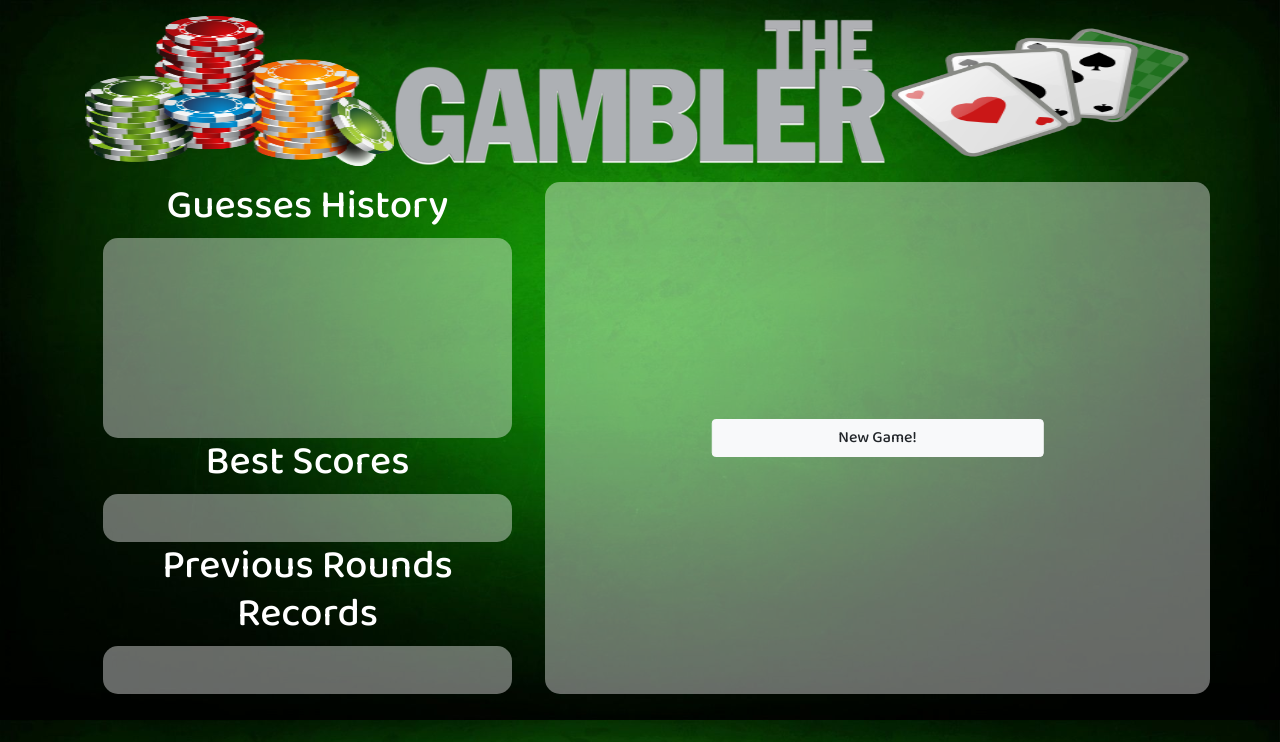
Repository: tts2610/NumberGuessingGame
Page: index.html
These files come from the project's save history. The page is drawn as it stood at one moment and after the next save; the edit follows.
The browser window is 1280 px wide. The pictures show the whole page.
Backgrounds fixed to the window are drawn as part of the page.

Above is the page before, as saved 2020-05-14 01:48:09.

### index.html
<!DOCTYPE html>
<html lang="en">

<head>
    <meta charset="UTF-8">
    <meta name="viewport" content="width=device-width, initial-scale=1.0">
    <title>Document</title>
    <link rel="stylesheet" href="https://maxcdn.bootstrapcdn.com/bootstrap/4.4.1/css/bootstrap.min.css">

    <!-- jQuery library -->
    <script src="https://ajax.googleapis.com/ajax/libs/jquery/3.4.1/jquery.min.js"></script>

    <!-- Popper JS -->
    <script src="https://cdnjs.cloudflare.com/ajax/libs/popper.js/1.16.0/umd/popper.min.js"></script>

    <!-- Latest compiled JavaScript -->
    <script src="https://maxcdn.bootstrapcdn.com/bootstrap/4.4.1/js/bootstrap.min.js"></script>

    <link href="https://fonts.googleapis.com/css2?family=Baloo+2:wght@500&display=swap" rel="stylesheet">

    <link rel="stylesheet" href="css/style.css">

</head>

<body>
    <div aria-live="polite" aria-atomic="true" style="position: relative;">
        <div style="position: absolute; top: 20px; right: 20px;" id="toast-container">
        </div>
    </div>
    <section class="container pb-5 pt-3 numberGuessingBox">
        <div class="img-container">
            <img class="center mb-3" src="img/chips.png" width="auto" height="150">
            <img class="center mb-3" src="img/gambler.png" width="auto" height="150">
            <img class="center mb-3" src="img/cards.png" width="auto" height="150">
        </div>

        <div class="row">
            <div class="col-5 left_handSide px-5">
                <h1 style="text-align: center;">Guesses History</h1>
                <div class="row box-1 py-4 px-4" id="guessHistory">

                </div>
                <h1 style="text-align: center;">Best Scores</h1>
                <div class="row box-2 py-4 px-4" id="ranking">

                </div>
                <h1 style="text-align: center;">Previous Rounds Records</h1>
                <div class="row box-2 py-4 px-4" id="previousRound">

                </div>
            </div>
            <div class="col-7 right_handSide px-5">
                <button onclick="startGame()" class="btn btn-light" id="startGameBtn">New Game!</button>

                <div id="inputDiv">
                    <div class="form customForm py-5">
                        <input type="number" class="form-control" id="guessInput" placeholder="Enter your guess here:" autofocus="autofocus" required>
                        <div class="submitBtn">
                            <button type="button" class="btn btn-primary mt-4" onclick="guessSubmit()" id="guessBtn">Guess</button>
                            <button type="button" class="btn btn-danger mt-4" onclick="reset()" id=resetBtn>Reset</button>
                        </div>
                    </div>

                    <div class="result my-3">
                        <div>Guess Remaining:
                            <span id="guessRemaining"></span>
                        </div>
                        <div>Time Remaining:
                            <div id="secondRemaining">s</div>
                        </div>
                    </div>
                </div>


            </div>
        </div>
    </section>

    <script src="js/script.js"></script>
</body>

</html>

### css/style.css
body {
    font-family: 'Baloo 2', cursive;
    background: url(../img/bg.jpg) no-repeat center center fixed;
    background-size: 100% 100%;
    height: 100%;
    position: absolute;
    width: 100%;
}

h1 {
    color: white;
}

.numberGuessingBox .row .left_handSide .box-1 {
    background-color: rgb(255, 255, 255);
    /* Fallback color */
    background-color: rgba(255, 255, 255, 0.4);
    height: 200px;
    border-radius: 15px;
    display: flex;
    flex-direction: column;
}

.numberGuessingBox .row .left_handSide .box-2 {
    background-color: rgb(255, 255, 255);
    /* Fallback color */
    background-color: rgba(255, 255, 255, 0.4);
    height: auto;
    border-radius: 15px;
    display: flex;
    flex-direction: column;
}

.numberGuessingBox .row .right_handSide {
    background-color: rgb(255, 255, 255);
    /* Fallback color */
    background-color: rgba(255, 255, 255, 0.4);
    /* Black w/opacity/see-through */
    border-radius: 15px;
    width: auto;
    color: white;
    font-weight: bold;
}

.numberGuessingBox .row .right_handSide .customForm {
    width: 50%;
    position: absolute;
    top: 30%;
    left: 50%;
    transform: translate(-50%, -50%);
}

.numberGuessingBox .row .right_handSide .result {
    width: 50%;
    position: absolute;
    top: 65%;
    left: 50%;
    transform: translate(-50%, -50%);
    font-size: xx-large;
    text-align: center;
}

.numberGuessingBox .row .right_handSide .customForm .submitBtn {
    display: flex;
    justify-content: space-around;
}

#inputDiv {
    display: none;
}

#startGameBtn {
    width: 50%;
    position: absolute;
    top: 50%;
    left: 50%;
    transform: translate(-50%, -50%);
}

#ranking {
    display: flex;
    flex-direction: inherit;
}

.center {
    display: block;
    margin-left: auto;
    margin-right: auto;
    width: 50%;
}

.base-timer {
    position: relative;
    width: 100px;
    height: 100px;
}

.base-timer__svg {
    transform: scaleX(-1);
}

.base-timer__circle {
    fill: none;
    stroke: none;
}

.base-timer__path-elapsed {
    stroke-width: 7px;
    stroke: grey;
}

.base-timer__path-remaining {
    stroke-width: 7px;
    stroke-linecap: round;
    transform: rotate(90deg);
    transform-origin: center;
    transition: 1s linear all;
    fill-rule: nonzero;
    stroke: currentColor;
}

.base-timer__path-remaining.green {
    color: rgb(65, 184, 131);
}

.base-timer__path-remaining.orange {
    color: orange;
}

.base-timer__path-remaining.red {
    color: red;
}

.base-timer__label {
    position: absolute;
    width: 100px;
    height: 100px;
    top: 0;
    display: flex;
    align-items: center;
    justify-content: center;
    font-size: 24px;
}

.img-container {
    display: flex;
}

### js/script.js
// FOR NEW GAME EFFECT
let div = document.getElementById("inputDiv");
let startGameBtn = document.getElementById("startGameBtn");

// VARIABLE FOR CALCULATE
let historyBox = [];
let bestScores = [];
let guess = 9;
let second = 30;
let randomNumber = Math.floor(Math.random() * 100) + 1;
let timer;

// USER INPUT
let input = document.getElementById("guessInput");

// LEFT BOXES
let guessHistory = document.getElementById("guessHistory");
let ranking = document.getElementById("ranking");

// RIGHT BOXES
let secondRemaining = document.getElementById("secondRemaining");
let guessRemaining = document.getElementById("guessRemaining");
let finalResult = document.getElementById("finalResult");

// BUTTONS
let guessBtn = document.getElementById("guessBtn");
let resetBtn = document.getElementById("resetBtn");


// TOASTER + TOASTER OUTPUT
let toaster = document.getElementById("toast-container");
let prompts = { 1: "Too Low!", 2: "Too High!", 3: "You already input that number!", 4: "Better luck next time!", 5: "Great Job!", 6: "Please input your number!" }


// =========== MAIN ============

// ENTER KEY PRESSED
$(document).keypress(function(e) {
    if (e.which == 13) {
        $("#guessBtn").click();
    }
});

$(document).ready(function() {
    div.style.display = "none";
    input.disabled = true;
    guessBtn.disabled = true;
    resetBtn.disabled = true;
});

// NEW-GAME BUTTON PRESSED
function startGame() {
    window.scroll(0, 0);
    toaster.innerHTML = ""
    secondRemaining.innerHTML = second;
    timecounting();
    guessRemaining.textContent = guess;
    displayDiv();
    enableOrDisableBtn();
    autoFocus();
    alert("Random number revealed(for testing): " + randomNumber);
}

// GUESS BUTTON PRESSED
function guessSubmit() {
    if (guessBtn.disabled) return;
    else if (input.value == '' && !guessBtn.disabled) {
        createAlert(6);
        return;
    }
    let result = getResult();
    createAlert(result);
    if ([4, 5].includes(result)) {
        resetToDefault();
        enableOrDisableBtn();
        displayDiv();
    }
    bestScores.sort((a, b) => (a.guessRemain > b.guessRemain) ? -1 : 1);
    guessHistory.innerHTML = "";
    historyBox.forEach(element => {
        var p = document.createElement("p");
        var img = document.createElement("img")
        img.src = "img/dice.png";
        img.width = 60;
        img.height = 60;
        var textnode = document.createTextNode(element); // Create a text node
        p.appendChild(img);
        p.appendChild(textnode);
        guessHistory.append(p);
    });

    if (result == 5) {
        ranking.innerHTML = "";
        bestScores.forEach((element, i) => {
            if (i == 3) {
                return;
            }
            var p = document.createElement("div");
            p.className = "mt-3 mx-4";
            var img = document.createElement("img")
            img.src = "img/" + ++i + ".png";
            img.width = 64;
            img.height = 64;
            var textnode = document.createTextNode("Sean made " + (guess - element.guessRemain + 1) + " guesses in " + (second - element.timeRemain) + "s!");
            p.appendChild(img);
            p.appendChild(textnode);
            var hr = document.createElement("hr");
            ranking.append(p);
            ranking.append(hr);
        });
    }

    // clear after insert
    input.value = "";
    autoFocus();
}

// RESET BUTTON PRESSED
function reset() {
    resetToDefault();
    enableOrDisableBtn();
    displayDiv();
}

// ============END-MAIN===========

// =========EXTRA-FUNCTIONS=======

function enableOrDisableBtn() {
    if (!input.disabled && !guessBtn.disabled && !resetBtn.disabled) {
        input.disabled = true;
        guessBtn.disabled = true;
        resetBtn.disabled = true;
    } else {
        input.disabled = false;
        guessBtn.disabled = false;
        resetBtn.disabled = false;
    }

}

function displayDiv() {
    if (div.style.display === "block" && startGameBtn.style.display === "none") {
        div.style.display = "none";
        startGameBtn.style.display = "block";
    } else {
        div.style.display = "block";
        startGameBtn.style.display = "none";
    }

}

function resetToDefault() {
    clearInterval(timer);
    guess = 9;
    second = 30;
    historyBox = [];
    guessHistory.innerHTML = "";
    randomNumber = Math.floor(Math.random() * 100) + 1;
}

function timecounting() {
    timer = setInterval(() => {
        if (second == 0) {
            clearInterval(timer);
            createAlert(4);
            reset();
            return;
        }
        second -= 1;
        secondRemaining.innerHTML = second + "s";
    }, 1000)

}

function getResult() {
    let result = 0;
    if (historyBox.includes(input.value)) {
        result = 3;
    } else {
        historyBox.push(input.value);
        if (input.value == randomNumber) {
            bestScores.push({ guessRemain: guess, timeRemain: second });
            return 5;
        } else if (input.value < randomNumber) {
            result = 1;
        } else if (input.value > randomNumber) {
            result = 2;
        }
        guessRemaining.textContent = --guess;
        if (guess == 0) {
            result = 4;
        }
    }
    return result;
}


function createAlert(alertType) {

    let alertColor = [1, 2, 3, 4, 6].includes(alertType) ? "btn-danger" : "btn-info";
    let text = prompts[alertType];

    text += [4, 5].includes(alertType) ? "! Try another round to rank up!" : "";

    if (toaster.childElementCount > 1 || [4, 5].includes(alertType)) {
        toaster.innerHTML = "";
    }

    toaster.innerHTML += `<div class="toast" id="toast" role="alert" aria-live="assertive" aria-atomic="true" data-delay="5000">
    <div class="toast-body ${alertColor}" style="letter-spacing: 1px;">
        ${text}
    </div>
    </div>`;
    $('.toast').toast('show');
}

function autoFocus() {
    input.focus();
}

After the next save:
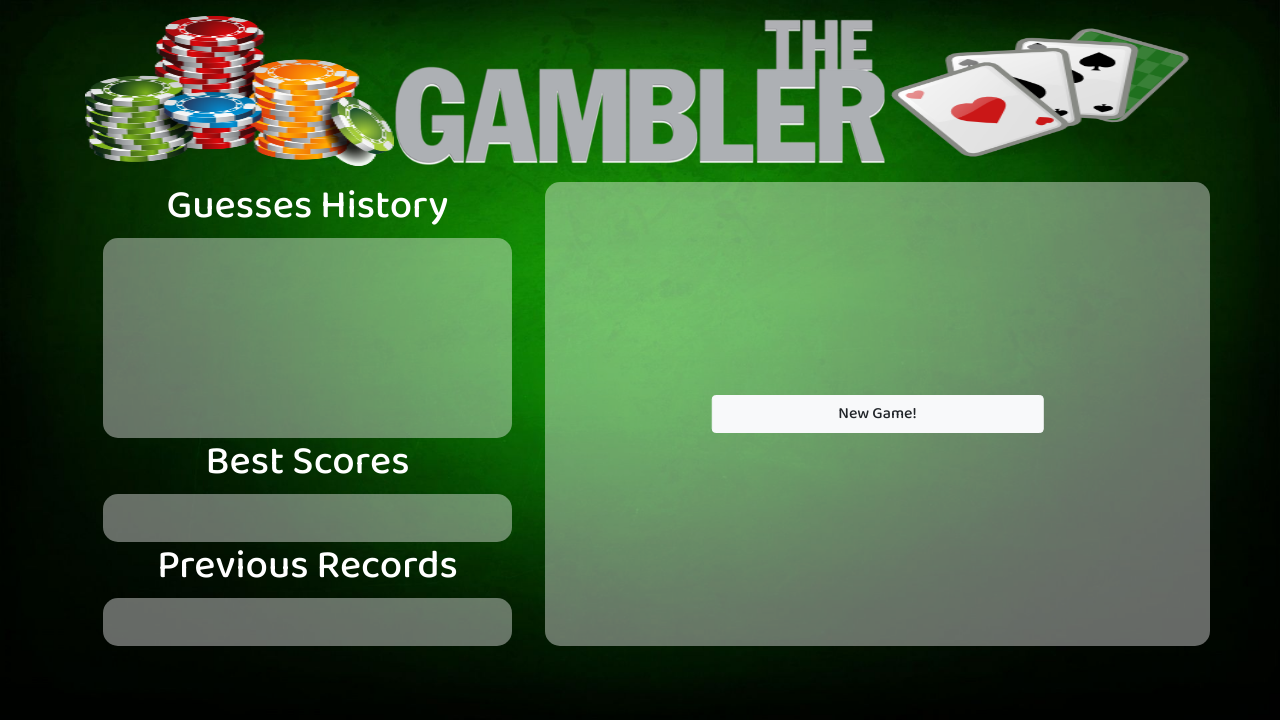
Saved 13 s later.
--- a/index.html
+++ b/index.html
@@ -44,7 +44,7 @@
                 <div class="row box-2 py-4 px-4" id="ranking">
 
                 </div>
-                <h1 style="text-align: center;">Previous Rounds Records</h1>
+                <h1 style="text-align: center;">Previous Records</h1>
                 <div class="row box-2 py-4 px-4" id="previousRound">
 
                 </div>
